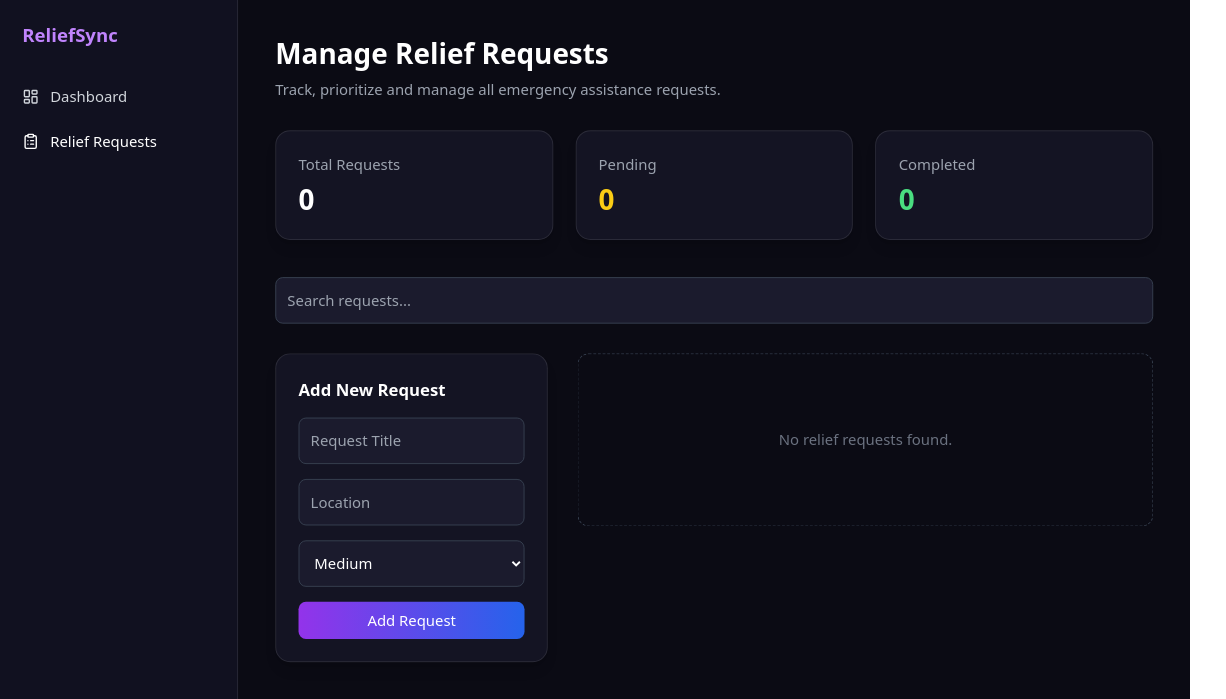
Repository: Gazal1116/Reliefsync
Page: /request (app in Frontend/)
These files come from the project's save history. The page is drawn as it stood at one moment and after the next save; the edit follows.
The browser window is 1280 px wide. The page is 1280 px wide, then 1318 px, so the pictures cover 1318 px, including what lies to the right of the window. The pictures show the whole page, at 93% of full size.
The page's requests for data from a server got no answer. The project was rebuilt for these pictures with package versions that can differ from the ones it lists, and the page was loaded fresh each time. No one was signed in, and anything a server would have sent is missing. Also part of the build but not shown: Frontend/vite.config.js, Frontend/src/components/register.jsx, Frontend/src/components/login.jsx, Frontend/src/components/createrequest.jsx.

Above is the page before, as saved 2026-03-03 15:28:26.

After the next save:
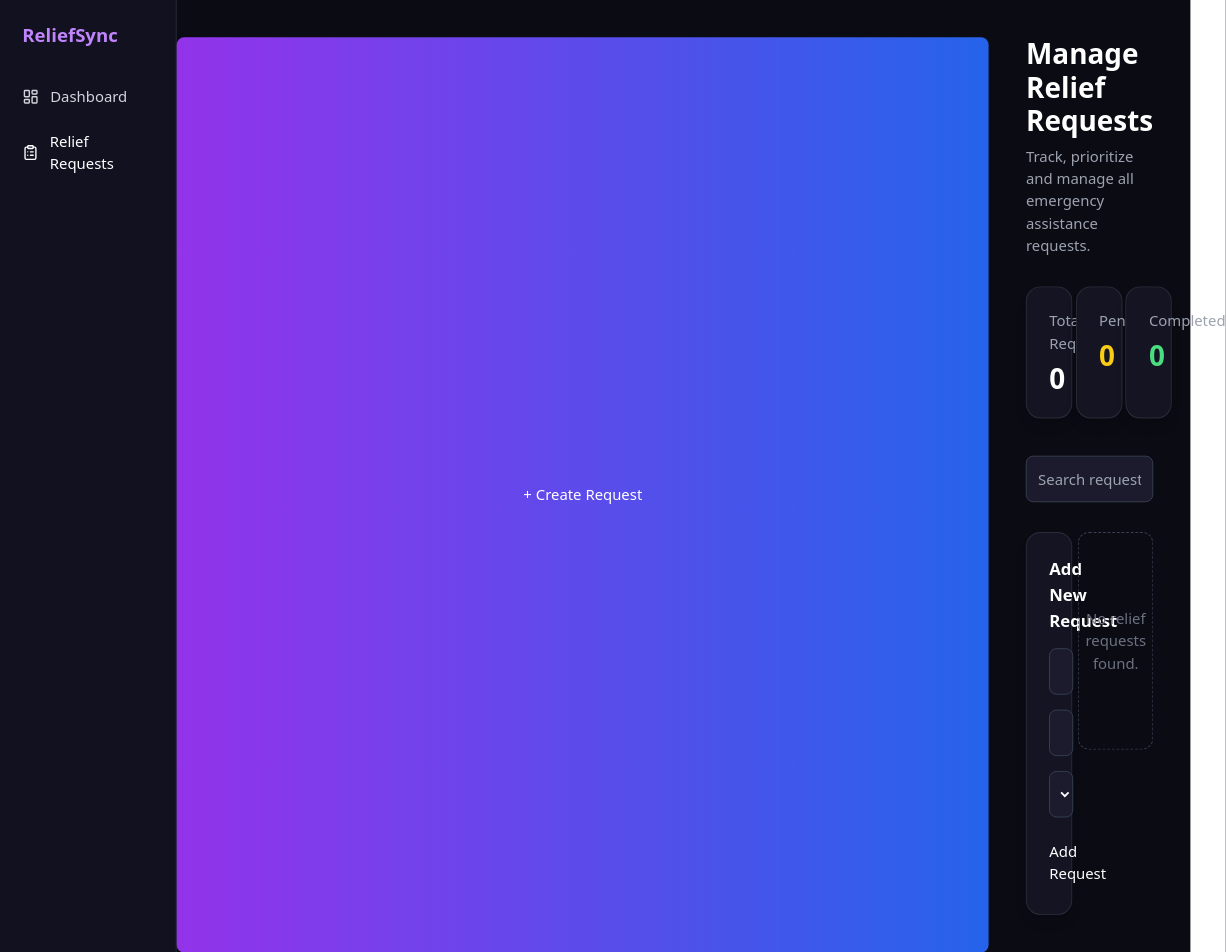
Saved 9 min 0 s later.
--- a/Frontend/src/components/reliefrequest.jsx
+++ b/Frontend/src/components/reliefrequest.jsx
@@ -89,6 +89,15 @@ function ReliefRequests() {
           </div>
         </div>
       </div>
+
+      <button
+  onClick={() => setShowModal(true)}
+  className="mt-10 w-full py-2 bg-gradient-to-r
+             from-purple-600 to-blue-600
+             rounded-lg hover:opacity-90 transition"
+>
+  + Create Request
+</button>
 
       {/* Main Content */}
       <div className="flex-1 p-10">
